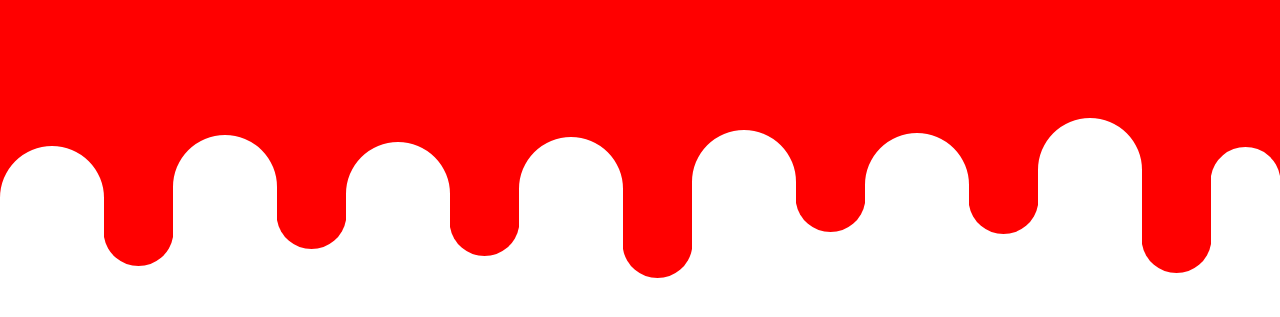
Repository: l-ollie/drip
Page: index.html
The author's editor kept a copy of each file at every save. The page is drawn from the files as they stood at one save, then again after the next save.
The browser window is 1280 px wide. The pictures show the whole page.

Above is the page before, as saved 2022-06-30 17:58:37.

After the next save:
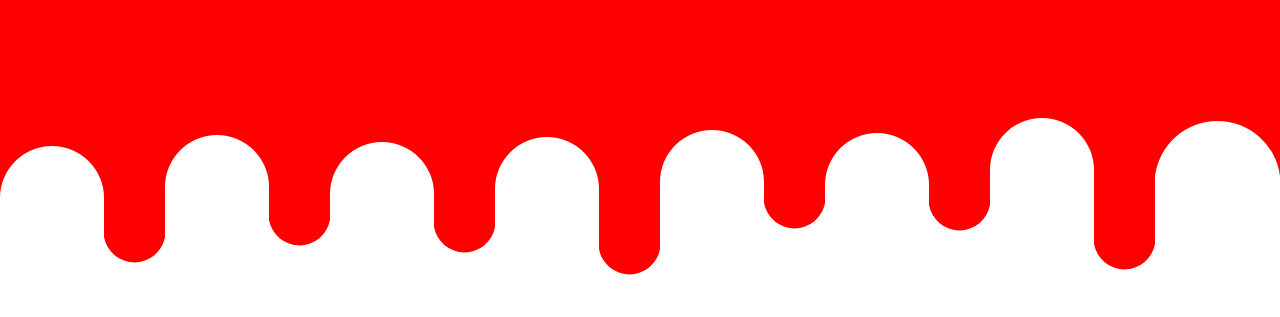
Saved 24 min 9 s later.
--- a/drip.js
+++ b/drip.js
@@ -32,7 +32,7 @@ function makeSVG() {
 		if (i % 2 !== 0) {
 			isLow = true;
 			arc = dripLow;
-			width = Math.ceil(width * 0.8);
+			width = Math.ceil(width * 0.7);
 			height = Math.ceil(height + random);
 		} else {
 			isLow = false;
